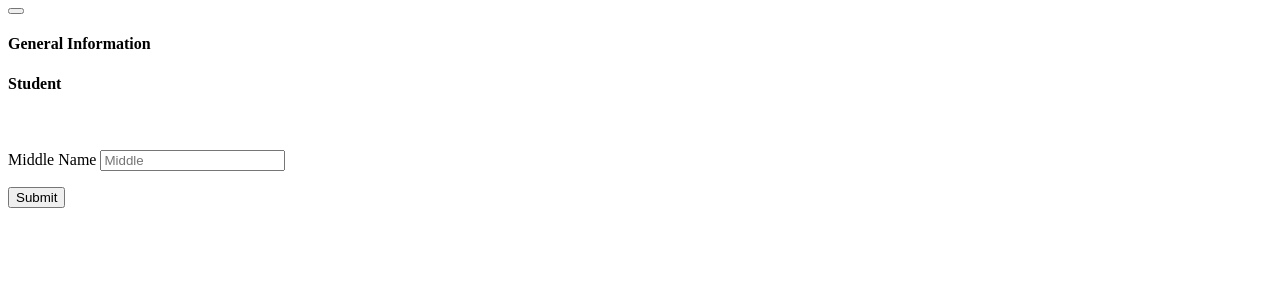
Repository: DavidGracias/florida_trip
Page: http://localhost/includes/userProfileModal.php
The author's editor kept a record of every edit. The page is drawn from the files as they stood at one moment, then again after the next edit.
The browser window is 1280 px wide. The pictures show the whole page.
The page is run by PHP 8.4 with error messages shown; the project is at /var/www/html/.

Above is the page before.

After the next edit:
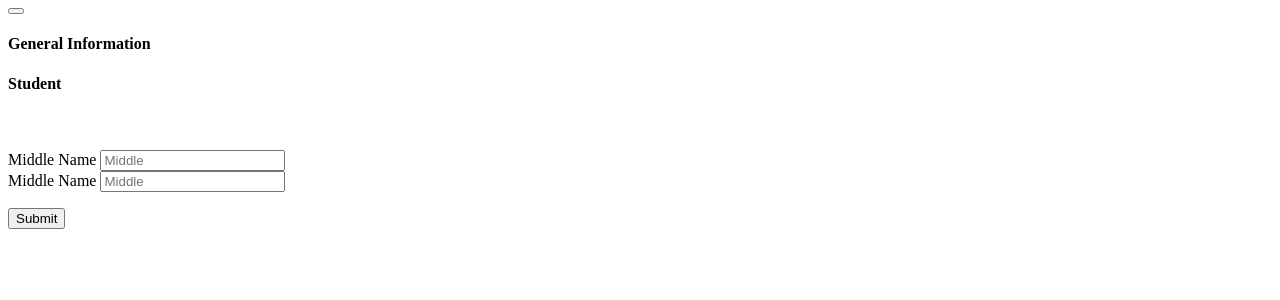
The edit:
--- a/includes/userProfileModal.php
+++ b/includes/userProfileModal.php
@@ -19,6 +19,10 @@
                             <label for = "middle-student">Middle Name <span class="fa fa-asterisk color-red"></span></label>
                             <input class = "form-control input" required = "required" type = "text" placeholder = "Middle" />
                         </div>
+                        <div class = "form-group">
+                            <label for = "middle-student">Middle Name <span class="fa fa-asterisk color-red"></span></label>
+                            <input class = "form-control input" required = "required" type = "text" placeholder = "Middle" />
+                        </div>
                     </form>
                 <?php endif; ?>
                 <!-- teachers -- are you a class sponsor? what is your graduating class? classroom? middle name? -->
